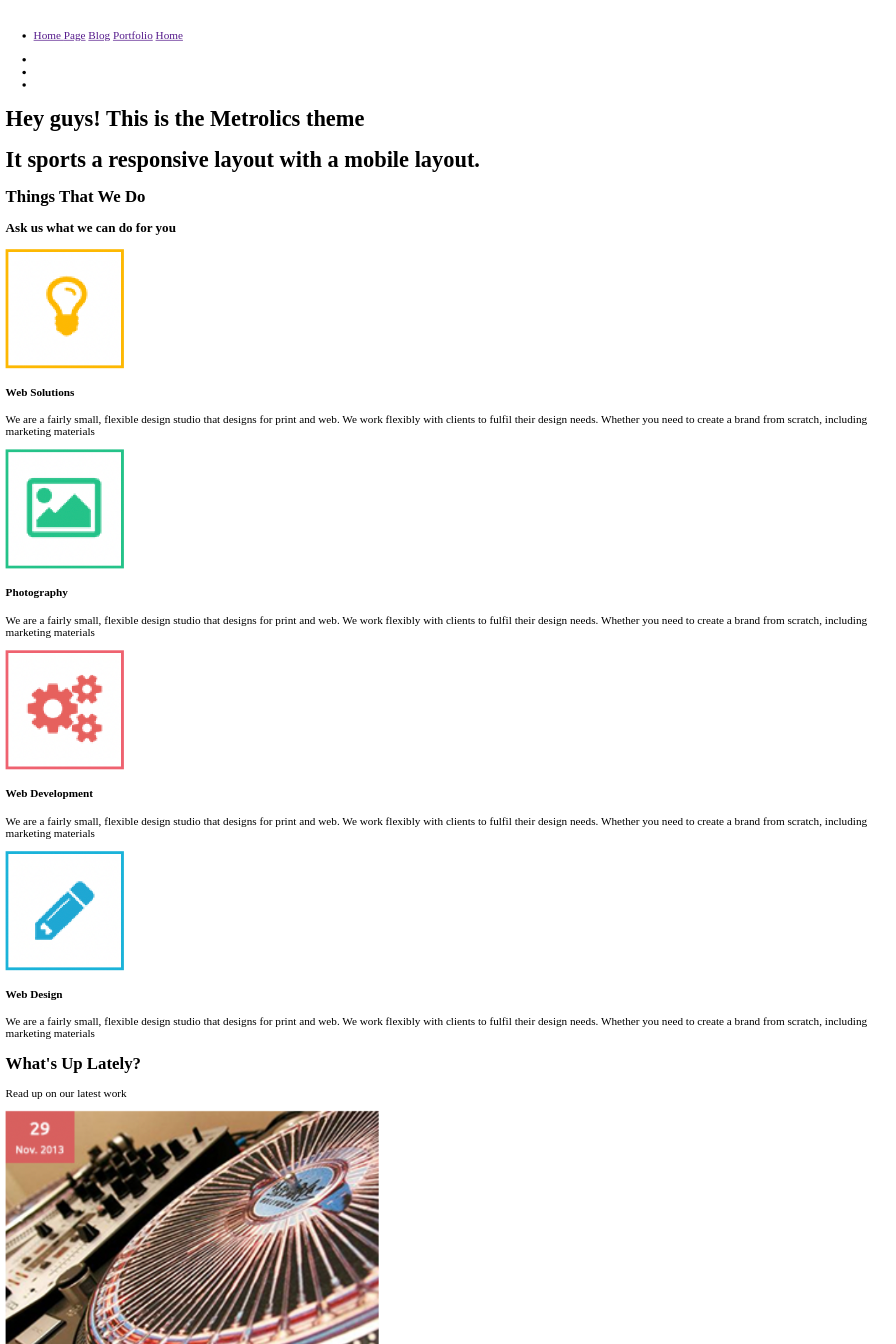
Repository: JerryWuOn/BCITPROJECT1-LAB-03B
Page: index.html
These files come from the project's save history. The page is drawn as it stood at one moment and after the next save; the edit follows.
The browser window is 1280 px wide. The pictures show the part of the page from y = 0 to 1920 px (the page is 9234 px tall before and 9116 px after), at 70% of full size.

Above is the page before, as saved 2023-01-27 18:17:03.

### index.html
<!DOCTYPE html>
<html lang="en">
<head>
  <meta name="viewport" content="width=device-width, initial-scale=1.0">
    <title>Team Jerry and Takami</title>
</head>
<body class="page page--home">

  <header class="page_header">
      <div class="page_header_logo">
        <img src="" alt="">
      </div>
      <section class="home_pages">
        <ul class="page-links">
          <li class="page-links_items">
            <a href="">Home </a>
            <a href="">Page</a>
            <a href="">Blog</a>
            <a href="">Portfolio</a>
            <a href="">Home</a>
          </li>
        </ul>
      </section>
  </header>

  <section class="carousel">
    <ul class="carousel_items">
      <li></li>
      <li></li>
      <li></li>
    </ul>
  </section>

  <section class="comp_name">

  </section>
         <h1  class="font">Hey guys! This is the Metrolics theme</h1>
         <h1  class="font2">It sports a responsive layout with a mobile layout.</h1>
        </div>

          <h2>Things That We Do</h2>
            <h3>Ask us what we can do for you</h3>

             <div class="">

                <div>
                   <a><img src="icon1.png" href=""></a>
                   <h4>Web Solutions</h4>
                   <p>We are a fairly small, flexible design studio that designs for print and web. We work flexibly with clients to fulfil their design needs.
                    Whether you need to create a brand from scratch, including marketing materials</p>
                </div>

                <div>
                    <a><img src="icon2.png" href=""></a>
                    <h4>Photography</h4>
                    <p>We are a fairly small, flexible design studio that designs for print and web.
                      We work flexibly with clients to fulfil their design needs. Whether you need to create a brand from scratch, including marketing materials</p>
                 </div>

                 <div>
                    <a><img src="icon3.png" href=""></a>
                    <h4>Web Development</h4>
                    <p>We are a fairly small, flexible design studio that designs for print and web.
                      We work flexibly with clients to fulfil their design needs. Whether you need to create a brand from scratch, including marketing materials</p>
                 </div>

                 <div>
                    <a><img src="icon4.png" href=""></a>
                    <h4>Web Design</h4>
                    <p>We are a fairly small, flexible design studio that designs for print and web. We work flexibly with clients to fulfil their design needs.
                      Whether you need to create a brand from scratch, including marketing materials</p>
                 </div>

                </div>


        <div>
            <h2>What's Up Lately?</h2>
            <p>Read up on our latest work</p>
        </div>

          <div>
            <div><img src="pic.png"></div>
            <div><img src="pic.png"></div>
            <div><img src="pic.png"></div>
          </div>

          <div>
            <h2>Our Latest Project</h2>
            <p>Client happy? We are happy.</p>
          </div>

          <div class="grid">
            <div><img src="pic2.png"></div>
            <div><img src="pic2.png"></div>
            <div><img src="pic2.png"></div>
            <div><img src="pic2.png"></div>
            <div><img src="pic2.png"></div>
            <div><img src="pic2.png"></div>
          </div>



          <div class="button--left">
            <h2>Thingsofabove</h2>
            <p>Music stuff we could not anyolace else</p>

          <div>
            <h2></h2>
              <div>
                <img>
                   <div>
                    <h3></h3>
                    <p></p>
                   </div>
              </div>
          </div>

          <div>
            <h2></h2>
          </div>

          <div>
            <h2></h2>
          </div>

          </div>

                 <div class="button--right">

                 </div>


            <div class="grid-containers2">

              <div><img src="pic2.png"></div>
              <div><img src="pic2.png"></div>
              <div><img src="pic2.png"></div>
              <div><img src="pic2.png"></div>
              <div><img src="pic2.png"></div>

            </div>

        <div>
            <div>
                <a><img></a>
                <p></p>
            </div>

              <div>
                <div>
                    <h4></h4>
                    <hl>
                    <p></p>
                      <div class="grid-containers3">
                        <div><img src="pic2.png"></div>
                        <div><img src="pic2.png"></div>
                        <div><img src="pic2.png"></div>
                        <div><img src="pic2.png"></div>
                        <div><img src="pic2.png"></div>
                      </div>
                </div>

                <div>
                    <h2></h2>
                     <div>
                        <a></a>
                        <a></a>
                        <a></a>
                     </div>
                       <div class="">
                        <a></a>
                        <a></a>
                        <a></a>
                       </div>
                </div>

                <div>
                    <h2></h2>
                        <div>
                            <div></div>
                            <p></p>
                        </div>

                          <div>
                            <div></div>
                            <p></p>
                          </div>
                </div>

                <div>
                    <h2></h2>
                    <p></p>
                    <p></p><a></a>
                </div>
              </div>
        </div>
</body>
</html>

After the next save:
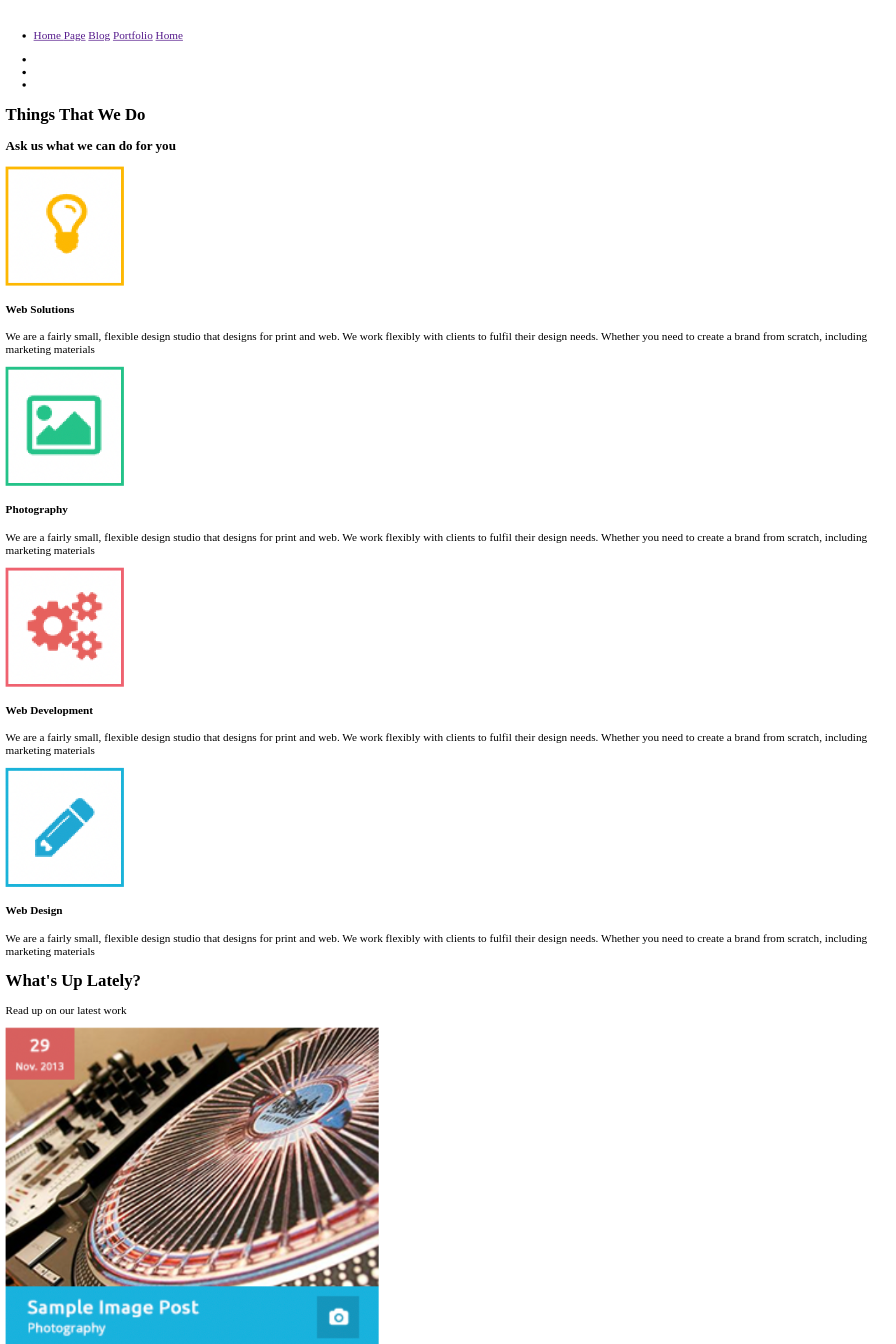
Saved 10 s later.
--- a/index.html
+++ b/index.html
@@ -34,9 +34,7 @@
   <section class="comp_name">
 
   </section>
-         <h1  class="font">Hey guys! This is the Metrolics theme</h1>
-         <h1  class="font2">It sports a responsive layout with a mobile layout.</h1>
-        </div>
+
 
           <h2>Things That We Do</h2>
             <h3>Ask us what we can do for you</h3>
